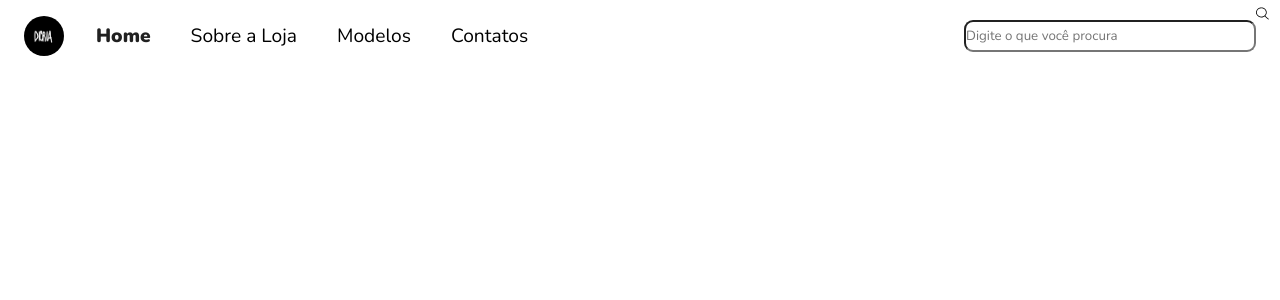
Repository: analessp/dicriastreet
Page: index.html
These files come from the project's save history. The page is drawn as it stood at one moment and after a run of saves; the edit follows.
The browser window is 1280 px wide. The pictures show the whole page.

Above is the page before, as saved 2025-04-17 12:24:40.

### index.html
<!DOCTYPE html>
<html lang="pt-BR">

<head>
    <meta charset="UTF-8">
    <meta name="viewport" content="width=device-width, initial-scale=1.0">
    <title>dicriastreet</title>
    <link rel="preconnect" href="https://fonts.googleapis.com">
    <link rel="preconnect" href="https://fonts.gstatic.com" crossorigin>
    <link
        href="https://fonts.googleapis.com/css2?family=Nunito:ital,wght@0,200..1000;1,200..1000&family=Outfit:wght@100..900&display=swap"
        rel="stylesheet">
    <link rel="stylesheet" href="style.css">
</head>

<body>
    <header>
        <nav id="header-nav">
            <img src="/assets/logo.png" alt="Logo dicriastreet" id="header-logo">
            <ul>
                <li>Home</li>
                <li>Sobre a Loja</li>
                <li>Modelos</li>
                <li>Contatos</li>
            </ul>
            </nav>
            <div id="header-search-bar">
                <input type="text" placeholder="Digite o que você procura">
                <button>
                    <img id="search-icon" src="/assets/search.svg" alt="Imagem de uma lupa">
            </div>
    </header>
    <main>

    </main>
    <footer>

    </footer>
</body>

</html>

### style.css
:root {
    --background-color: #000000;
    --font-color: #ffffff;
    --primary-color: #adaaaa;
    --secondary-color: #212121;
}

* {
    margin: 0;
    padding: 0;
    font-family: "Nunito", sans-serif;
}

body {
    height: 100vh;
}

header {
    display: flex;
    align-items: center;
    justify-content: space-between;
    height: 3.5rem;
    background-color: var(--font-color);
    gap: 1.5rem;
    padding: 0.5rem 1.5rem;
}

#header-nav {
    display: flex;
    align-items: center;
    gap: 2rem;
}

#header-logo {
    width: 2.5rem;
    height: fit-content;
    border-radius: 100%;
}


#header-nav ul {
    display: flex;
    color: var(--var-secondary-color);
    font-size: 1.2rem;
    list-style: none;
    gap: 2.5rem;
}

#header-nav ul li:first-child {
    color: var(--secondary-color);
    font-weight: 900;
}

#header-seach-bar {
    position: relative;
}

#header-search-bar input {
    border-radius: 9px;
    height: 1.8rem;
    width: 18rem;
    padding: 0 1 rem;
    ba
}

#header-search-bar button {
    cursor: pointer;
    height: 1.8rem;
    width: 2rem;
    border-radius: 9px;
    background-color: var(--var-font-color);
    padding: 0.2rem 0.5rem;
    border: none;
    position: absolute;
    right: 0.08rem;
    top: 0.1rem;

    &:active {
        transform: scale(0.9);
        background-color: var(--secondary-color);
    }
}

#search-icon {
    width: 0.8rem;
}

After the next 8 saves:
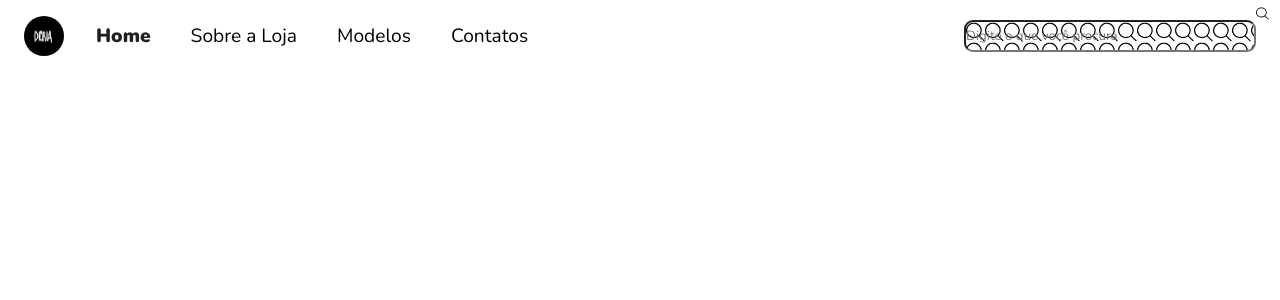
The 8 saves are shown as one change because they came seconds apart.
The last was saved 24 s later.
--- a/style.css
+++ b/style.css
@@ -60,7 +60,8 @@
     height: 1.8rem;
     width: 18rem;
     padding: 0 1 rem;
-    ba
+    background: url(/assets/search.svg);
+    background-color: ;
 }
 
 #header-search-bar button {

After the 5 saves that followed:
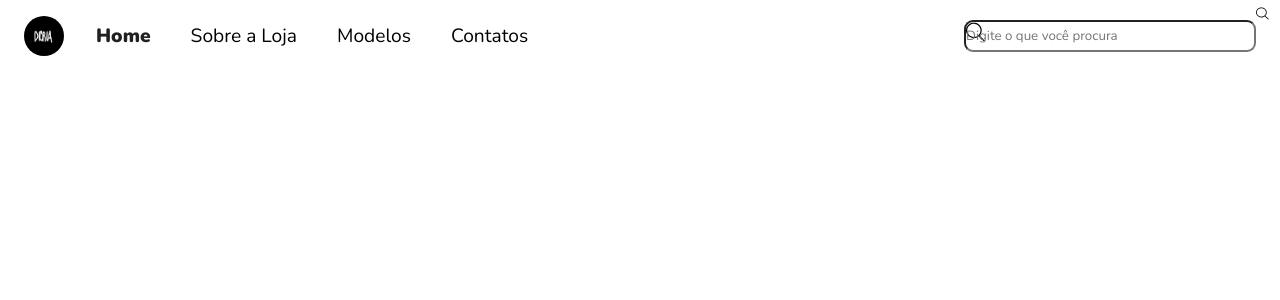
The 5 saves are shown as one change because 3 left the picture as it was and some came seconds apart.
The last was saved 19 s later.
--- a/style.css
+++ b/style.css
@@ -61,7 +61,8 @@
     width: 18rem;
     padding: 0 1 rem;
     background: url(/assets/search.svg);
-    background-color: ;
+    background-color: #ffffff;
+    background-repeat: no-repeat;
 }
 
 #header-search-bar button {
